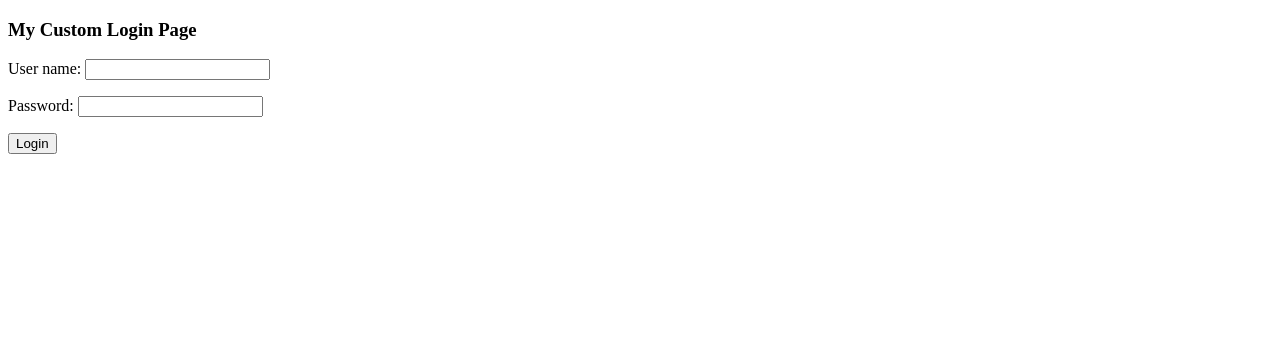
Repository: ldh9282/spring-security
Page: http://localhost/spring-security-demo-03-custom-login-form/showMyLoginPage
An editor plug-in stored every save of this project. The page is shown before and after the next save, followed by the edit.
The browser window is 1280 px wide. The pictures show the whole page.
Some web libraries are served in a nearby version. The page is served by Tomcat 9. Other server files are loaded and not shown.

Above is the page before, as saved 2022-12-15 17:43:20.

### spring-security-demo-03-custom-login-form/src/main/webapp/WEB-INF/view/plain-login.jsp
<%@ taglib prefix="form" uri="http://www.springframework.org/tags/form" %>
<%@ taglib prefix="c" uri="http://java.sun.com/jsp/jstl/core" %>

<%@ page language="java" contentType="text/html; charset=UTF-8"
    pageEncoding="UTF-8"%>
<!DOCTYPE html>
<html lang="ko">
<head>
	<meta charset="UTF-8">
	<title>Custom Login Page</title>
	<style type="text/css">
		.failed {
			color: red;
		}
	</style>
</head>
<body>
<script type="text/javascript">
var error = '<c:out value="${param.error }"></c:out>'
</script>
<h3>My Custom Login Page</h3>
<!-- 로그인 정보가 맞는지 확인... authenticated(입증된) -->
<form:form action="${pageContext.request.contextPath }/authenticateTheUser"
		   method="POST">
	<!-- Check for login error -->
	<!-- 스프링 시큐리티 필터가 authenticated 가 되지 않으면 error를 보냄 -->
	<!-- url?error="" empty string 이라서 error != null 이 true-->
	<c:if test="${param.error != null }">

		<i class="failed">Sorry! You entered invalid username/password.</i>

	</c:if>

	<p>
		User name: <input type="text" name="username" />
	</p>

	<p>
		Password: <input type="password" name="password" />
	</p>

	<input type="submit" value="Login">

</form:form>


</body>
</html>

After the next save:
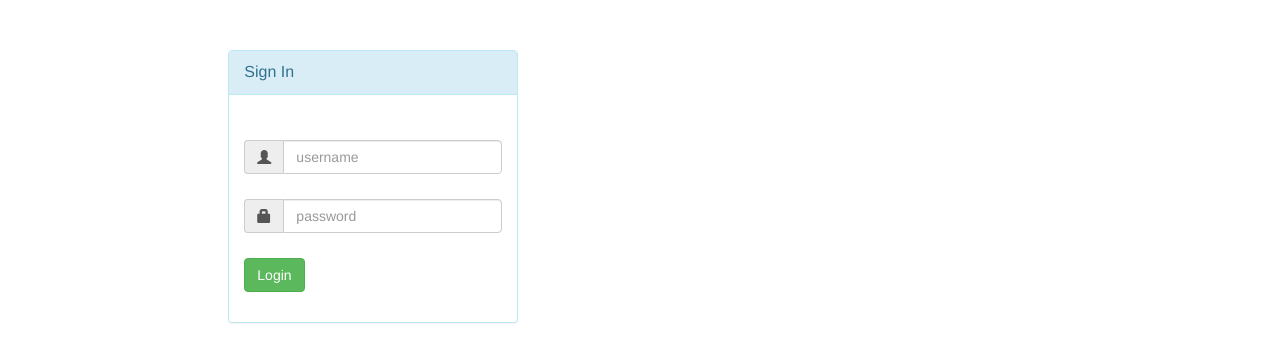
Saved 103 s later.
--- a/spring-security-demo-03-custom-login-form/src/main/webapp/WEB-INF/view/plain-login.jsp
+++ b/spring-security-demo-03-custom-login-form/src/main/webapp/WEB-INF/view/plain-login.jsp
@@ -1,48 +1,99 @@
+<%@ page language="java" contentType="text/html; charset=UTF-8" pageEncoding="UTF-8"%>
 <%@ taglib prefix="form" uri="http://www.springframework.org/tags/form" %>
 <%@ taglib prefix="c" uri="http://java.sun.com/jsp/jstl/core" %>
 
-<%@ page language="java" contentType="text/html; charset=UTF-8"
-    pageEncoding="UTF-8"%>
-<!DOCTYPE html>
-<html lang="ko">
+
+<!doctype html>
+<html lang="en">
+
 <head>
-	<meta charset="UTF-8">
-	<title>Custom Login Page</title>
-	<style type="text/css">
-		.failed {
-			color: red;
-		}
-	</style>
+
+	<title>Login Page</title>
+	<meta charset="utf-8">
+	<meta name="viewport" content="width=device-width, initial-scale=1, shrink-to-fit=no">
+
+	<!-- Reference Bootstrap files -->
+	<link rel="stylesheet"
+		 href="https://maxcdn.bootstrapcdn.com/bootstrap/3.3.7/css/bootstrap.min.css">
+
+	<script src="https://ajax.googleapis.com/ajax/libs/jquery/3.2.0/jquery.min.js"></script>
+
+	<script	src="https://maxcdn.bootstrapcdn.com/bootstrap/3.3.7/js/bootstrap.min.js"></script>
+
 </head>
 <body>
-<script type="text/javascript">
-var error = '<c:out value="${param.error }"></c:out>'
-</script>
-<h3>My Custom Login Page</h3>
-<!-- 로그인 정보가 맞는지 확인... authenticated(입증된) -->
-<form:form action="${pageContext.request.contextPath }/authenticateTheUser"
-		   method="POST">
-	<!-- Check for login error -->
-	<!-- 스프링 시큐리티 필터가 authenticated 가 되지 않으면 error를 보냄 -->
-	<!-- url?error="" empty string 이라서 error != null 이 true-->
-	<c:if test="${param.error != null }">
 
-		<i class="failed">Sorry! You entered invalid username/password.</i>
+	<div>
 
-	</c:if>
+		<div id="loginbox" style="margin-top: 50px;"
+			class="mainbox col-md-3 col-md-offset-2 col-sm-6 col-sm-offset-2">
 
-	<p>
-		User name: <input type="text" name="username" />
-	</p>
+			<div class="panel panel-info">
 
-	<p>
-		Password: <input type="password" name="password" />
-	</p>
+				<div class="panel-heading">
+					<div class="panel-title">Sign In</div>
+				</div>
 
-	<input type="submit" value="Login">
+				<div style="padding-top: 30px" class="panel-body">
 
-</form:form>
+					<!-- Login Form -->
+					<form:form action="${pageContext.request.contextPath }/authenticateTheUser"
+						  	   method="POST" class="form-horizontal">
 
+					    <!-- Place for messages: error, alert etc ... -->
+					    <div class="form-group">
+					        <div class="col-xs-15">
+					            <div>
+									<!-- Check for login error -->
+									<c:if test="${param.error != null }">
+
+										<div class="alert alert-danger col-xs-offset-1 col-xs-10">
+											Invalid username and password.
+										</div>
+
+									</c:if>
+
+
+									<!--
+									<div class="alert alert-success col-xs-offset-1 col-xs-10">
+										You have been logged out.
+									</div>
+								    -->
+
+					            </div>
+					        </div>
+					    </div>
+
+						<!-- User name -->
+						<div style="margin-bottom: 25px" class="input-group">
+							<span class="input-group-addon"><i class="glyphicon glyphicon-user"></i></span>
+
+							<input type="text" name="username" placeholder="username" class="form-control">
+						</div>
+
+						<!-- Password -->
+						<div style="margin-bottom: 25px" class="input-group">
+							<span class="input-group-addon"><i class="glyphicon glyphicon-lock"></i></span>
+
+							<input type="password" name="password" placeholder="password" class="form-control" >
+						</div>
+
+						<!-- Login/Submit Button -->
+						<div style="margin-top: 10px" class="form-group">
+							<div class="col-sm-6 controls">
+								<button type="submit" class="btn btn-success">Login</button>
+							</div>
+						</div>
+
+					</form:form>
+
+				</div>
+
+			</div>
+
+		</div>
+
+	</div>
 
 </body>
 </html>
